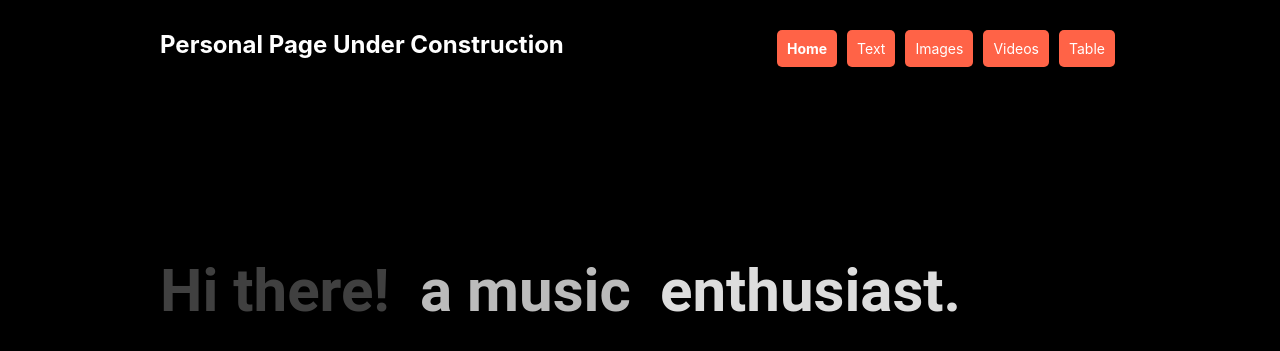
Repository: luhan68/personal_website
Page: index.html
These files come from the project's save history. The page is drawn as it stood at one moment and after the next save; the edit follows.
The browser window is 1280 px wide. The pictures show the whole page.

Above is the page before, as saved 2021-01-30 14:01:25.

After the next save:
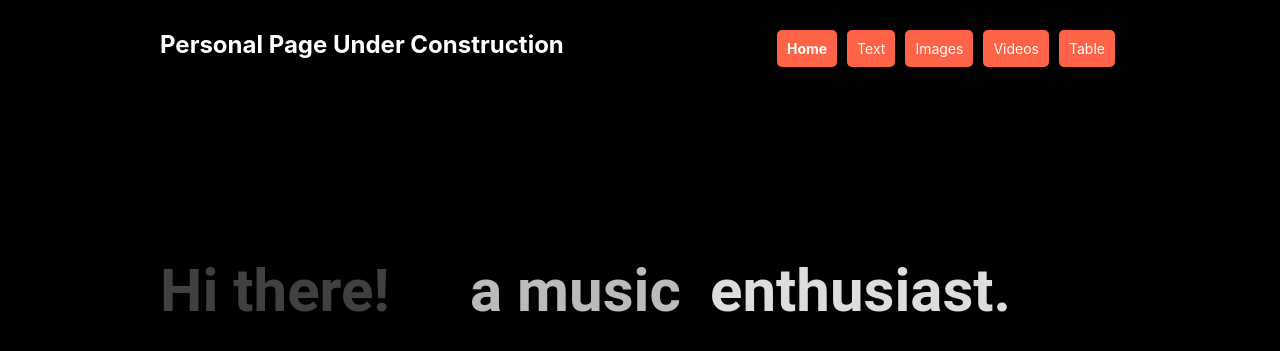
Saved 43 s later.
--- a/style.css
+++ b/style.css
@@ -178,7 +178,7 @@ input {
 	100% { transform: translateY(0px); -webkit-transform: translateY(0px); -moz-transform: translateY(0px); }
 }
 #text {
-	width: 250px;
+	width: 300px;
 	height: 80px;
 	float: left;
 	overflow: hidden;
